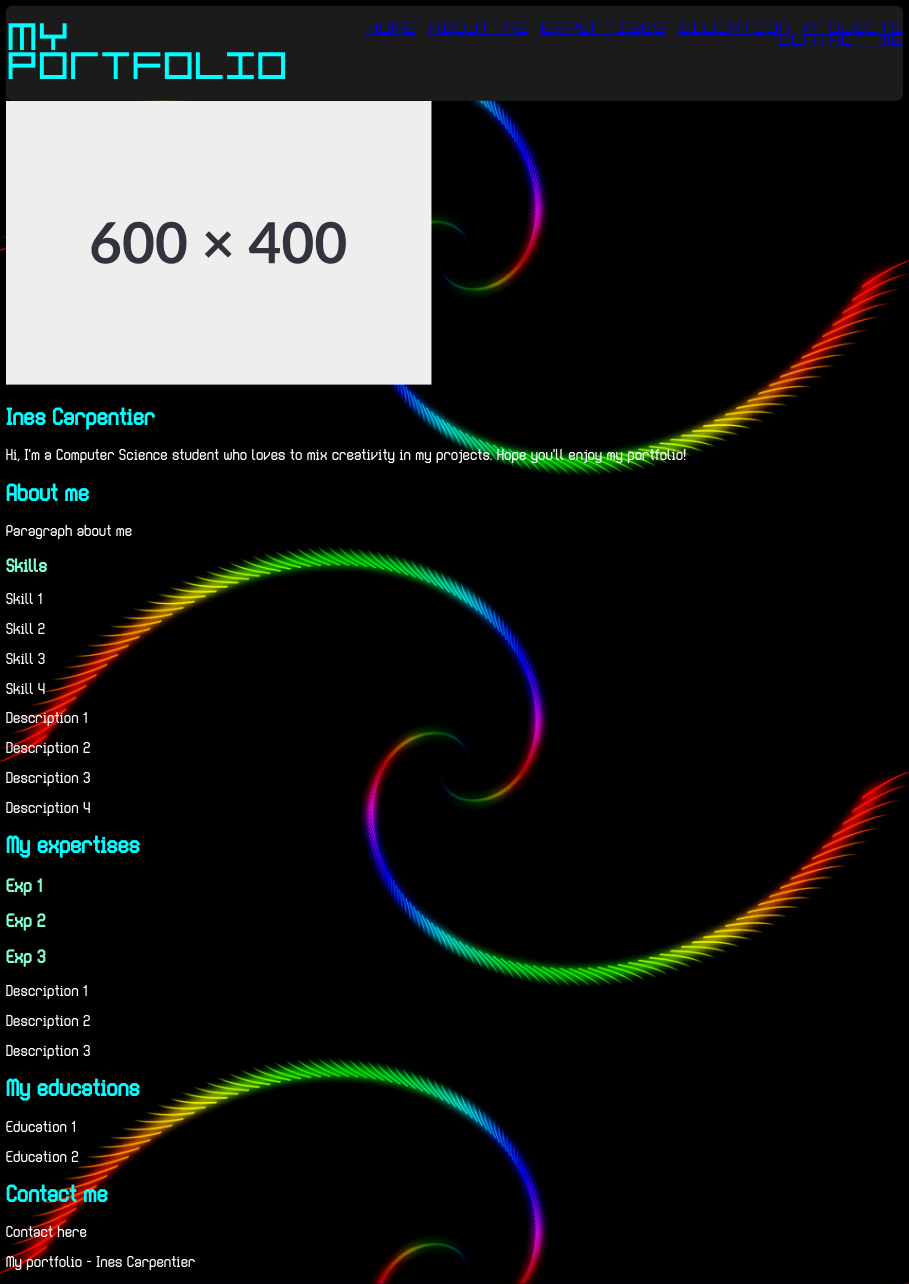
Repository: InsCarp/InsCarp
Page: index.html
These files come from the project's save history. The page is drawn as it stood at one moment and after the next save; the edit follows.
The browser window is 1280 px wide. The pictures show the whole page, at 71% of full size.
Backgrounds fixed to the window are drawn as part of the page.

Above is the page before, as saved 2026-04-22 11:29:33.

After the next save:
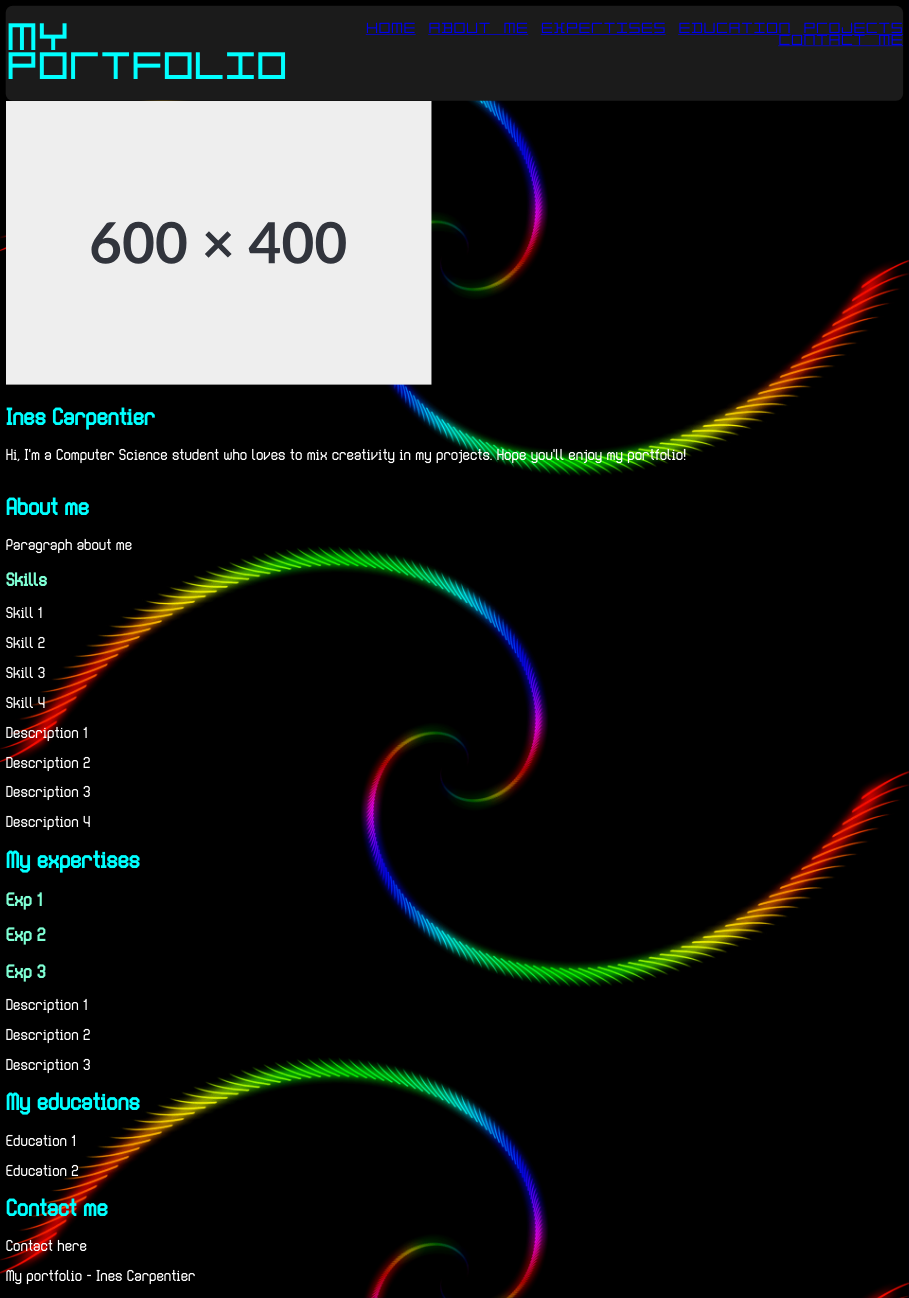
Saved 55 s later.
--- a/styles/index.css
+++ b/styles/index.css
@@ -1,4 +1,4 @@
-.intro{
+.Intro{
     display:flex;
     flex-direction: column;
 }
